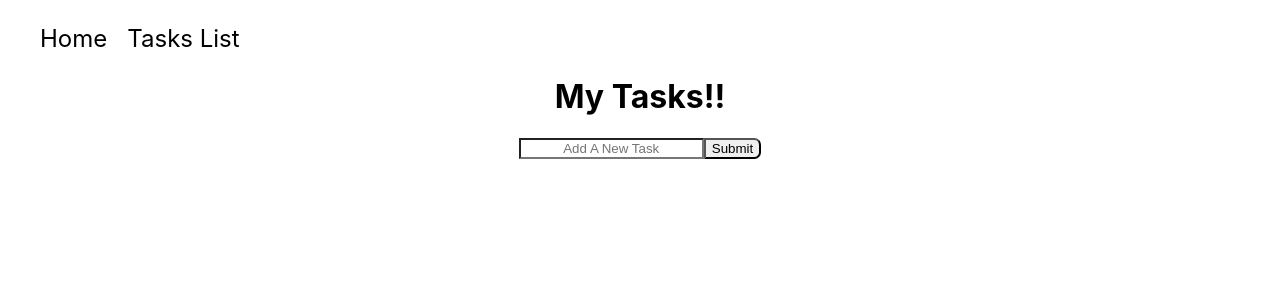
Repository: runner855/abstract_todolist
Page: /, after clicking the first element matching `button`
The author's editor kept a copy of each file at every save. The page is drawn from the files as they stood at one save, then again after the next save.
The browser window is 1280 px wide. The pictures show the whole page.
The project was rebuilt for these pictures with package versions that can differ from the ones it lists, and the page was loaded fresh each time.

Above is the page before, as saved 2022-11-08 17:25:01.

### src/App.tsx
import React, { useState, useEffect } from "react";
import { Header } from "./Header";
import "./App.css";

export const App = () => {
  const [value, setValue] = useState<string>("");
  const [list, setList] = useState<string[]>([]);

  return (
    <div className="App">
      <Header />
      <h1>My Tasks!!</h1>
      <div className="textbox">
        <input
          type="text"
          placeholder="Add A New Task"
          onChange={(e) => setValue(e.target.value)}
          value={value}
        ></input>

        <button
          onClick={() => {
            setList([...list, value]);
            setValue("");
          }}
        >
          Submit
        </button>

        <div className="todo-container">
          {list.map((x) => {
            <div className="single-task">task done {x} remove task</div>;
          })}
        </div>
      </div>
    </div>
  );
};

### src/Header.tsx
import * as React from "react";
import "./Header.css";

export const Header = () => {
  return (
    <div className="home">
      <ul>
        <li>Home</li>
        <li>Tasks List</li>
      </ul>
    </div>
  );
};

### src/App.css
h1{
  text-align: center;
}

input {
  text-align: center;
  border-radius: 0em;
}

.textbox{
  text-align: center;
}

button {
  border-radius: 0em 0.5em 0.5em 0em;
}

### src/Header.css
ul{
   text-align: left;
   list-style: none;
   font-size: 1.5em;
   display: flex;

}
ul li {
    margin-right: 20px;
}

Loaded but not shown: public/index.html (common file); src/index.tsx (common file); src/index.css (common file)

After the next save:
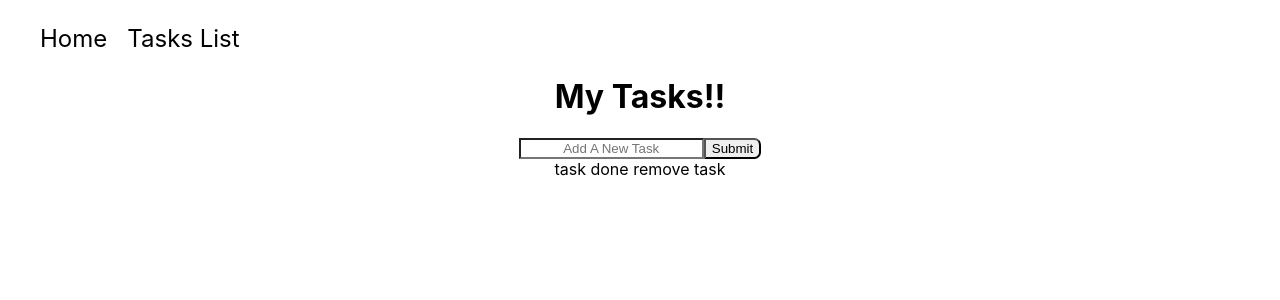
Saved 3 min 2 s later.
--- a/src/App.tsx
+++ b/src/App.tsx
@@ -29,10 +29,16 @@
 
         <div className="todo-container">
           {list.map((x) => {
-            <div className="single-task">task done {x} remove task</div>;
+            return <div className="single-task">task done {x} remove task</div>;
           })}
         </div>
       </div>
     </div>
   );
 };
+
+(x) => {
+  return x;
+};
+
+(x) => x;
